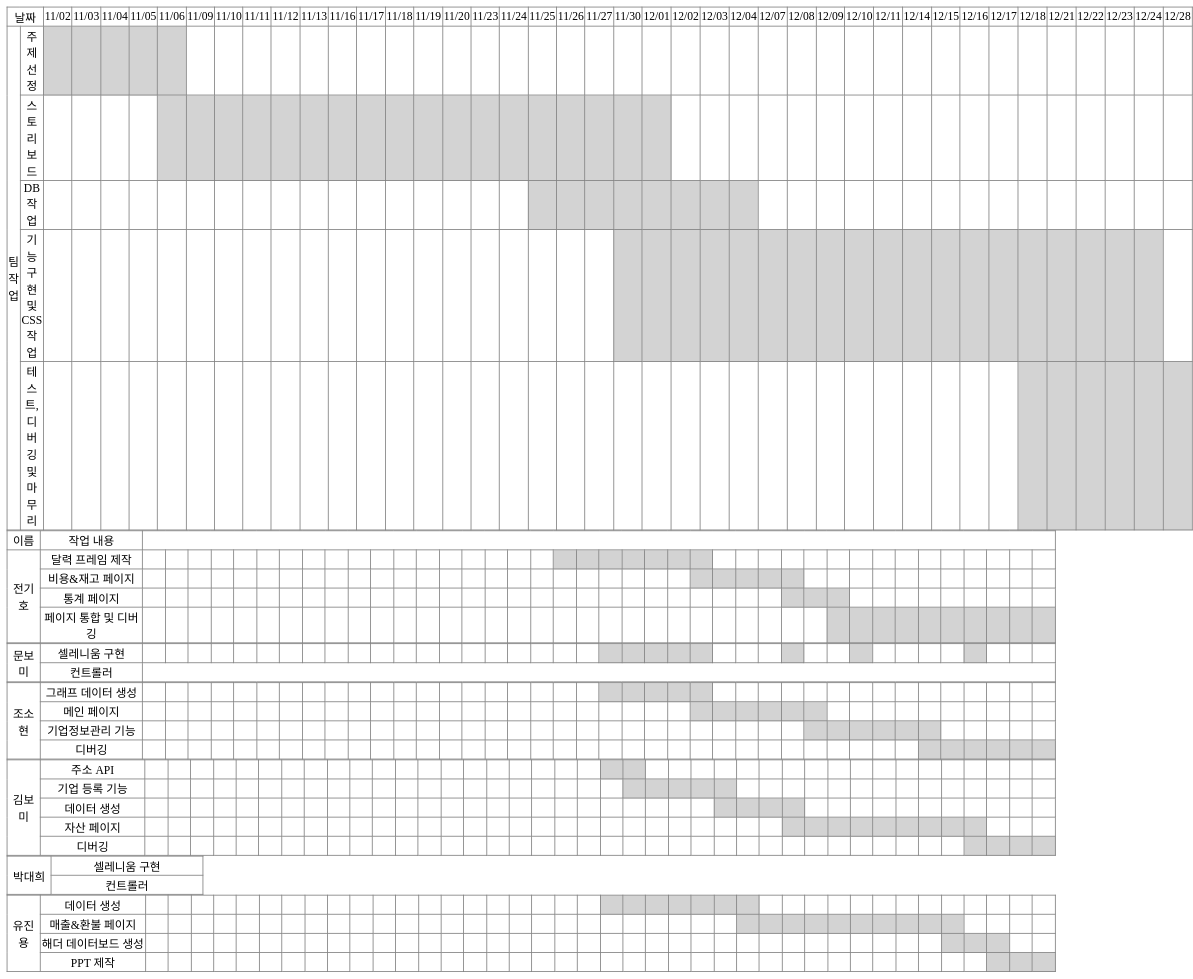
Repository: JEON-KIHO/finalProject
Page: http://localhost/ERP/WEB-INF/views/schedule.jsp
The author's editor kept a copy of each file at every save. The page is drawn from the files as they stood at one save, then again after the next save.
The browser window is 1280 px wide. The page is 1437 px wide, so the pictures cover 1437 px, including what lies to the right of the window. The pictures show the whole page, at 83% of full size.
The page is served by Tomcat 9. Nobody is signed in. The template is opened directly, without the code that normally fills it, so the values that code supplies are empty.

Above is the page before, as saved 2020-12-24 08:30:14.

After the next save:
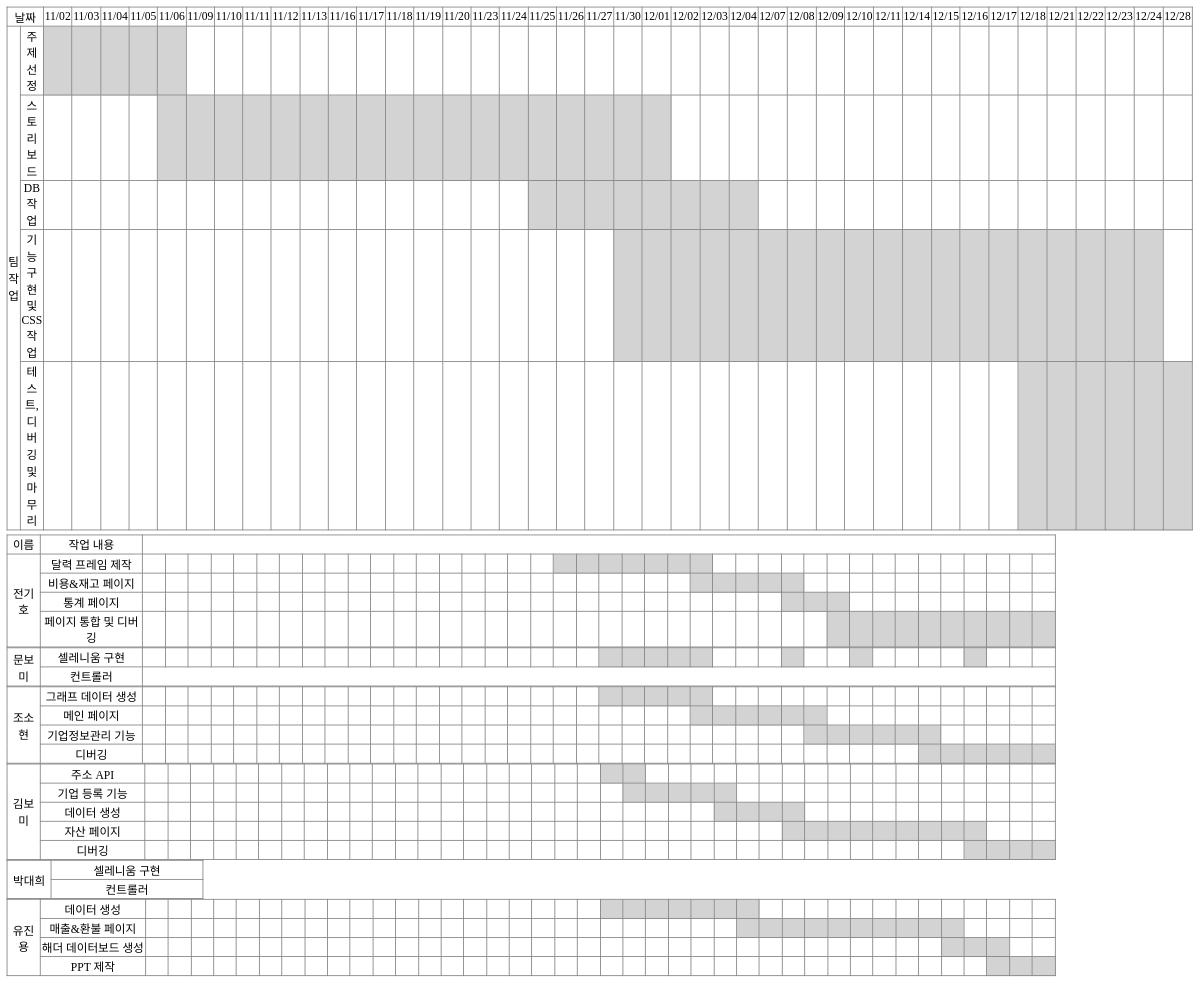
Saved 20 s later.
--- a/ERP/src/main/webapp/WEB-INF/views/schedule.jsp
+++ b/ERP/src/main/webapp/WEB-INF/views/schedule.jsp
@@ -14,7 +14,7 @@
 </head>
 <body>
 
-<table border=1>
+<table border=1 style="margin-bottom:5px;">
 
 	<tr><td colspan=2>날짜</td><td class="day">11/02</td><td class="day">11/03</td><td class="day">11/04</td><td class="day">11/05</td><td class="day">11/06</td>
 	<td class="day">11/09</td><td class="day">11/10</td><td class="day">11/11</td><td class="day">11/12</td><td class="day">11/13</td>
